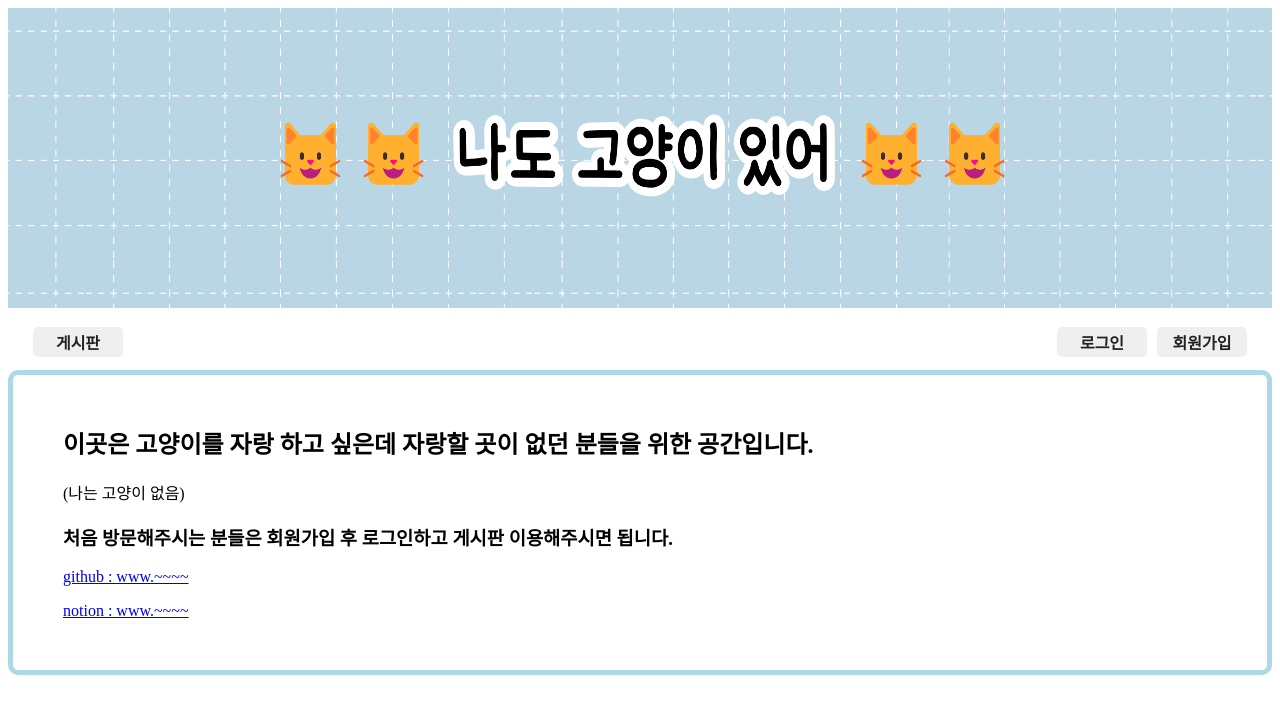
Repository: hh7711/Goit
Page: http://localhost/Goit/WEB-INF/views/mainPage.jsp
The author's editor kept a copy of each file at every save. The page is drawn from the files as they stood at one save, then again after the next save.
The browser window is 1280 px wide. The pictures show the whole page.
Some web fonts or font styles are not loaded; a fallback is used. The page is served by Tomcat 9. Nobody is signed in. Other server files are loaded and not shown. The template is opened directly, without the code that normally fills it, so the values that code supplies are empty.

Above is the page before, as saved 2023-08-03 06:36:25.

### Goit/src/main/webapp/WEB-INF/views/mainPage.jsp
<%@ page language="java" contentType="text/html; charset=UTF-8"
    pageEncoding="UTF-8"%>
<%@ taglib prefix="c" uri="http://java.sun.com/jsp/jstl/core" %>
<!DOCTYPE html>
<html>
<head>
<meta charset="UTF-8">
<title>나도 고양이 있어</title>
	<style type="text/css">
		@font-face {
		    font-family: 'Dovemayo_gothic';
		    src: url('https://cdn.jsdelivr.net/gh/projectnoonnu/noonfonts_2302@1.1/Dovemayo_gothic.woff2') format('woff2');
		    font-weight: normal;
		    font-style: normal;
		}
		body,button {
			font-family: 'Dovemayo_gothic';
		}
		#main1{
			border: 5px solid lightblue;
			border-radius: 10px;
/* 			margin: 30px; */
		}
		.headBtnDiv{
			margin-bottom: 30px; margin-top: 10px;
			margin-left: 20px; margin-right: 20px;
		}
        .headBtn{
        	border: 0.5px;
        	width: 90px;
        	height: 30px;
        	color: rgb(34, 34, 34);
        	border-radius: 5px;
        	font-size: medium;
        	font-weight: bold;
        	margin: 5px;
/*         	margin-top: 5px; margin-left: 5px; margin-right: 5px; margin-bottom: 30px; */
        }
        .headBtn:hover{
        	background-color: rgb(211, 253, 255);
        }
        .headId{
        	font-size: medium;
        	font-weight: bold;
        	margin-top: 8px; margin-left: 5px; margin-right: 5px; margin-bottom: 10px;
        }
	</style>
</head>
<body>
	<div>
		<a href="mainPage">
			<img style="height: 300px;" alt="오류" src="resources/main/main15.png" width="100%">
		</a>
	</div>
	<div class="headBtnDiv">
		<button type="button" class="headBtn" style="float: left;" onclick="location.href='boardList'">게시판</button>
		<c:if test="${dto == null}">
			<button type="button" class="headBtn" style="float: right;" onclick="location.href='signUpPage'">회원가입</button>
			&nbsp;<button type="button" class="headBtn" style="float: right;" onclick="location.href='signInPage'">로그인</button>
		</c:if>
		<c:if test="${dto != null}">
			<button type="button" class="headBtn" style="float: right;" onclick="location.href='signOut'">로그아웃</button>&nbsp;
			<button type="button" class="headBtn" style="float: right;" onclick="location.href='myPage'">마이페이지</button>
			<span class="headId" style="float: right;">${dto.id}님</span>
		</c:if>
	</div>
	<div id="main1">
		<div id="main2">
			<div><!-- 본문 -->
<!-- 			<img alt="" src="resources/main.png" width="100%"> -->
				<div style="margin: 50px;">
<!-- 					<img alt="오류" src="resources/main/main1.jpg" width="100%"> -->
<!-- 					<img alt="오류" src="resources/main/main2.gif" width="100%"> -->
<!-- 					<img alt="오류" src="resources/main/main3.gif" width="100%"> -->
<!-- 					<img alt="오류" src="resources/main/main4.gif" width="100%"> -->
<!-- 					<img alt="오류" src="resources/main/main5.gif" width="100%"> -->
<!-- 					<img alt="오류" src="resources/main/main6.gif" width="100%"> -->
<!-- 					<img alt="오류" src="resources/main/main7.gif" width="100%"> -->
<!-- 					<img alt="오류" src="resources/main/main8.gif" width="100%"> -->
<!-- 					<img alt="오류" src="resources/main/main9.gif" width="100%"> -->
					<h2>이곳은 고양이를 자랑 하고 싶은데 자랑할 곳이 없던 분들을 위한 공간입니다.</h2>
					(나는 고양이 없음)
					<h3>처음 방문해주시는 분들은 회원가입 후 로그인하고 게시판 이용해주시면 됩니다.</h3>

					<p><a href="#">github : www.~~~~</a></p>
					<p><a href="#">notion : www.~~~~</a></p>
				</div>
			</div><!-- 본문 -->
		</div><!-- main1 -->
	</div><!-- main2 -->
</body>
</html>

After the next save:
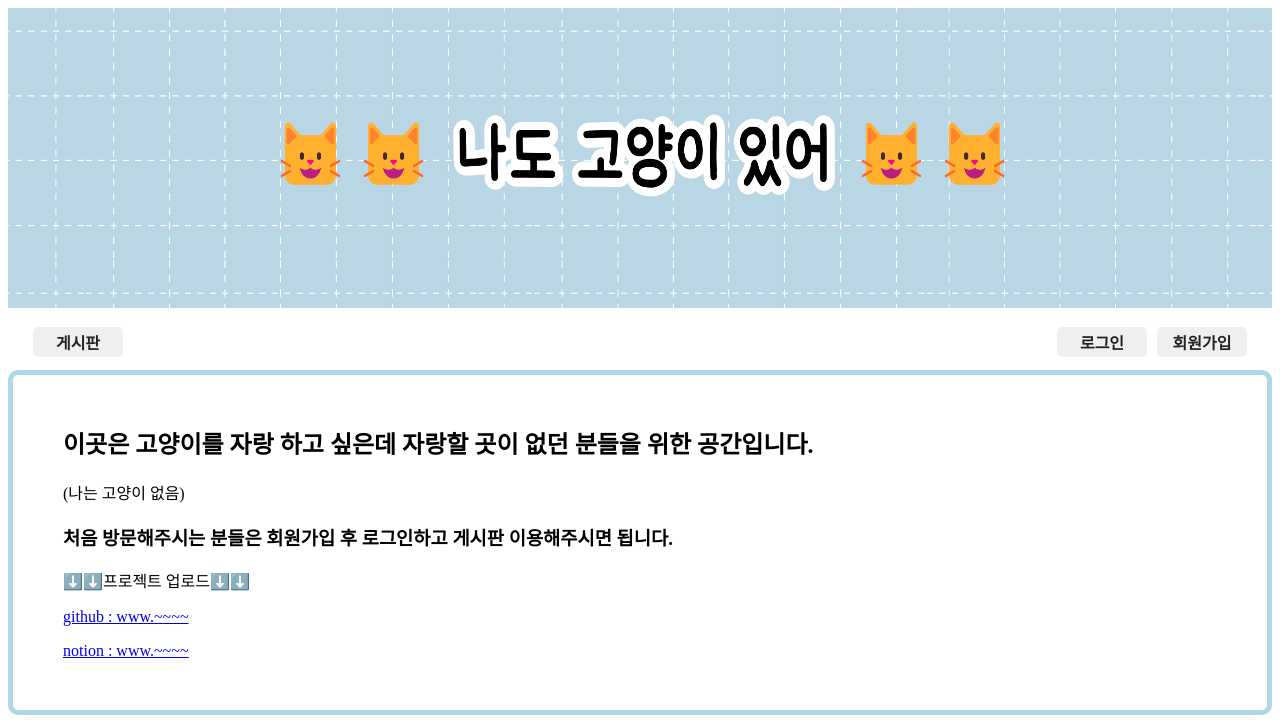
Saved 76 s later.
--- a/Goit/src/main/webapp/WEB-INF/views/mainPage.jsp
+++ b/Goit/src/main/webapp/WEB-INF/views/mainPage.jsp
@@ -82,6 +82,7 @@
 					(나는 고양이 없음)
 					<h3>처음 방문해주시는 분들은 회원가입 후 로그인하고 게시판 이용해주시면 됩니다.</h3>
 
+					⬇️⬇️프로젝트 업로드⬇️⬇️
 					<p><a href="#">github : www.~~~~</a></p>
 					<p><a href="#">notion : www.~~~~</a></p>
 				</div>
